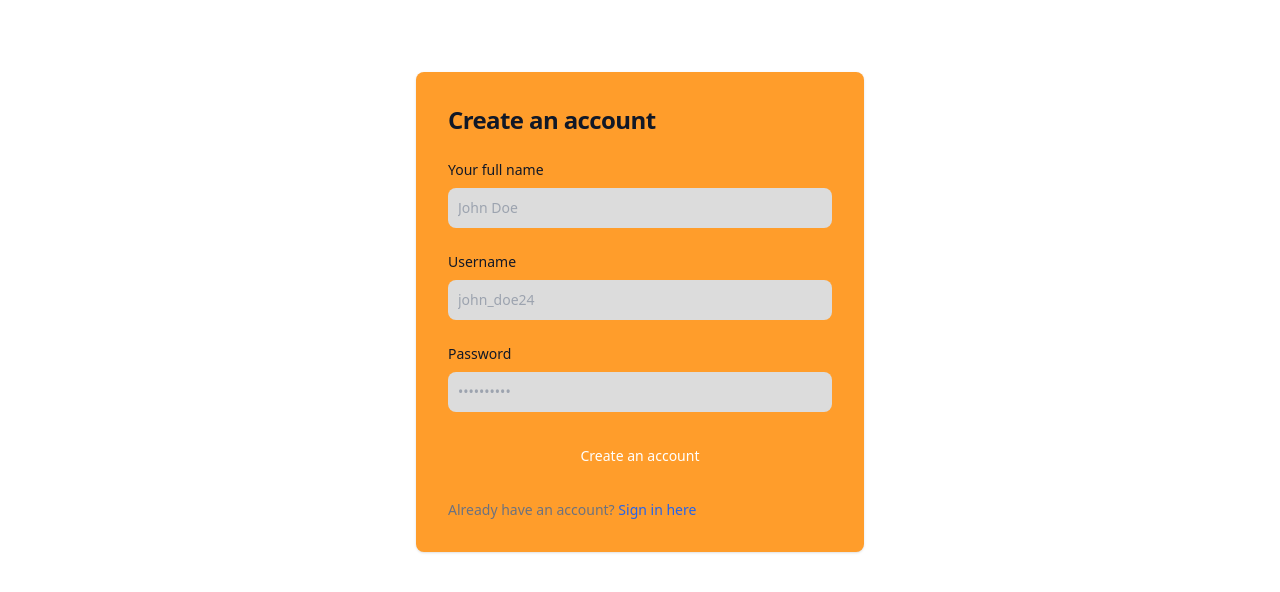
Repository: AdwaitSri/Kingston-Marketplace
Page: /signup (app in qhacks-24/)
These files come from the project's save history. The page is drawn as it stood at one moment and after the next save; the edit follows.
The browser window is 1280 px wide. The pictures show the whole page.
The project was rebuilt for these pictures with package versions that can differ from the ones it lists, and the page was loaded fresh each time. Also part of the build but not shown: qhacks-24/src/components/HomeNavbar.js, qhacks-24/src/pages/Home.js.

Above is the page before, as saved 2024-02-02 20:51:05.

### qhacks-24/public/index.html
<!DOCTYPE html>
<html lang="en">
  <head>
    <meta charset="utf-8" />
    <link rel="preconnect" href="https://fonts.googleapis.com">
    <link rel="preconnect" href="https://fonts.gstatic.com" crossorigin>
    <link href="https://fonts.googleapis.com/css2?family=Josefin+Sans:ital,wght@0,100;0,200;0,300;0,400;0,500;0,600;0,700;1,100;1,200;1,300;1,400;1,500;1,600;1,700&display=swap" rel="stylesheet">
    <link rel="icon" href="%PUBLIC_URL%/favicon.ico" />
    <meta name="viewport" content="width=device-width, initial-scale=1" />
    <meta name="theme-color" content="#000000" />
    <meta
      name="description"
      content="Web site created using create-react-app"
    />
    <link rel="apple-touch-icon" href="%PUBLIC_URL%/logo192.png" />
    <!--
      manifest.json provides metadata used when your web app is installed on a
      user's mobile device or desktop. See https://developers.google.com/web/fundamentals/web-app-manifest/
    -->
    <link rel="manifest" href="%PUBLIC_URL%/manifest.json" />
    <!--
      Notice the use of %PUBLIC_URL% in the tags above.
      It will be replaced with the URL of the `public` folder during the build.
      Only files inside the `public` folder can be referenced from the HTML.

      Unlike "/favicon.ico" or "favicon.ico", "%PUBLIC_URL%/favicon.ico" will
      work correctly both with client-side routing and a non-root public URL.
      Learn how to configure a non-root public URL by running `npm run build`.
    -->
    <title>React App</title>
  </head>
  <body>
    <noscript>You need to enable JavaScript to run this app.</noscript>
    <div id="root"></div>
    <!--
      This HTML file is a template.
      If you open it directly in the browser, you will see an empty page.

      You can add webfonts, meta tags, or analytics to this file.
      The build step will place the bundled scripts into the <body> tag.

      To begin the development, run `npm start` or `yarn start`.
      To create a production bundle, use `npm run build` or `yarn build`.
    -->
  </body>
</html>

### qhacks-24/src/pages/Signup.js
import React from "react";

export default function Signup() {
    const [formData, setFormData] = React.useState(
        {
            name: '',
            username: '',
            password: '',
        }
    )

    function handleChange(event) {
        setFormData(prevFormData => {
            return {
                ...prevFormData,
                [event.target.name]: event.target.value
            }
        })
    }



    return (
    <div
    class="w-full bg-orange-1 rounded-lg shadow dark:border md:mt-[10dvh] sm:max-w-md xl:p-0 dark:bg-gray-800 dark:border-gray-700 mx-auto mt-[10dvh]">
        <div class="p-6 space-y-4 md:space-y-6 sm:p-8">
        <h1 class="text-xl font-bold leading-tight tracking-tight text-gray-900 md:text-2xl dark:text-white">Create an
            account
        </h1>
        <form class="space-y-4 md:space-y-6" method="POST">
            <div>
            <label for="name" class="block mb-2 text-sm font-medium text-gray-900 dark:text-white">Your full name</label>
            <input type="text" name="name" id="name" onChange={handleChange} value={formData.name} class="outline-none bg-[#dcdcdc] hover:bg-[#f0f0f0] focus:bg-[#ffffff] text-gray-900 sm:text-sm rounded-lg focus:ring-blue-600 focus:border-blue-600 block w-full p-2.5 dark:bg-gray-700 dark:border-gray-600 dark:placeholder-gray-400 dark:text-white dark:focus:ring-blue-500 dark:focus:border-blue-500" placeholder="John Doe" required="">
            </input>
            </div>
            <div>
            <label for="username" class="block mb-2 text-sm font-medium text-gray-900 dark:text-white">Username</label>
            <input type="text" name="username" id="username" onChange={handleChange} value={formData.username} class="outline-none bg-[#dcdcdc] hover:bg-[#f0f0f0] focus:bg-[#ffffff] text-gray-900 sm:text-sm rounded-lg focus:ring-blue-600 focus:border-blue-600 block w-full p-2.5 dark:bg-gray-700 dark:border-gray-600 dark:placeholder-gray-400 dark:text-white dark:focus:ring-blue-500 dark:focus:border-blue-500" placeholder="john_doe24" required="">
            </input>
            </div>

            <div>
            <label for="password" class="block mb-2 text-sm font-medium text-gray-900 dark:text-white">Password</label>
            <input type="password" name="password" id="password" onChange={handleChange} value={formData.password} placeholder="••••••••••" class="outline-none bg-[#dcdcdc] hover:bg-[#f0f0f0] focus:bg-[#ffffff] text-gray-900 sm:text-sm rounded-lg focus:ring-blue-600 focus:border-blue-600 block w-full p-2.5 dark:bg-gray-700 dark:border-gray-600 dark:placeholder-gray-400 dark:text-white dark:focus:ring-blue-500 dark:focus:border-blue-500" required="">
            </input>
            </div>

            <button type="submit" class="w-full text-white bg-blue-600 hover:bg-blue-700 focus:ring-4 focus:outline-none focus:ring-blue-300 font-medium rounded-lg text-sm px-5 py-2.5 text-center dark:bg-blue-600 dark:hover:bg-blue-700 dark:focus:ring-blue-800">Create an account</button>
            <p class="text-sm font-light text-gray-500 dark:text-gray-400">Already have an account? <a
                class="font-medium text-blue-600 hover:underline dark:text-blue-500" href="/signin">Sign in here</a>
            </p>
        </form>
        </div>
  </div>
  )
}

Loaded but not shown: qhacks-24/src/index.css (common file); qhacks-24/src/App.css (common file); qhacks-24/src/index.js (19 lines, source omitted); qhacks-24/src/App.js (18 lines, source omitted); qhacks-24/tailwind.config.js (14 lines, source omitted); qhacks-24/src/output.css (1762 lines, source omitted)

After the next save:
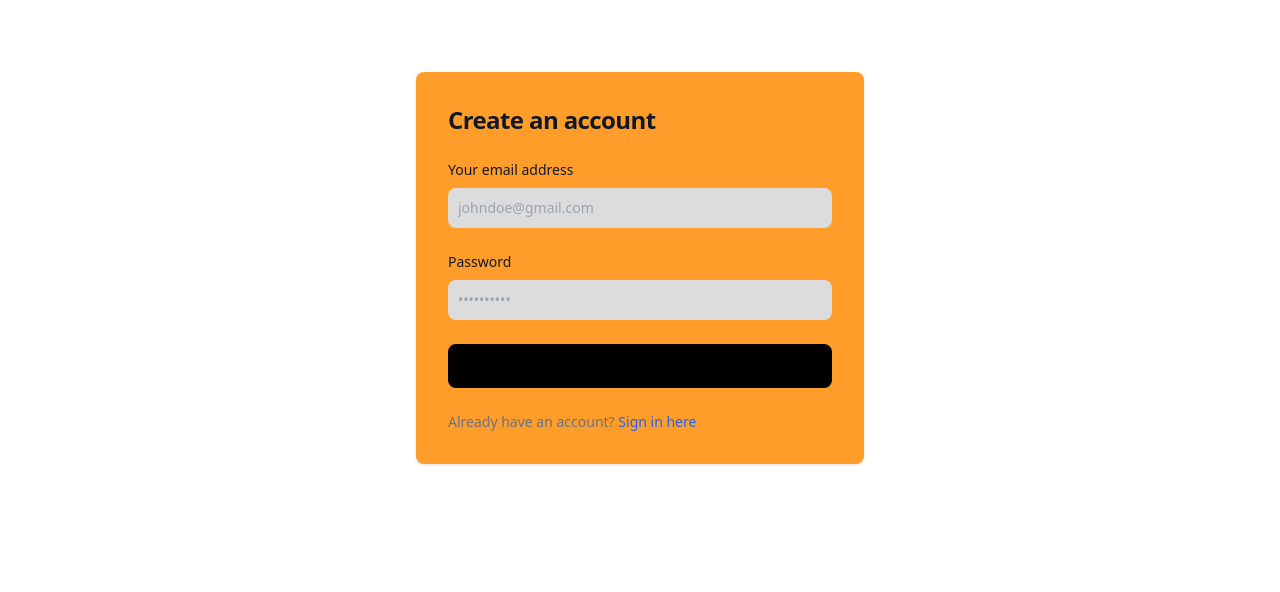
Saved 8 min 0 s later.
--- a/qhacks-24/src/pages/Signup.js
+++ b/qhacks-24/src/pages/Signup.js
@@ -3,8 +3,7 @@ import React from "react";
 export default function Signup() {
     const [formData, setFormData] = React.useState(
         {
-            name: '',
-            username: '',
+            email: '',
             password: '',
         }
     )
@@ -29,13 +28,8 @@ export default function Signup() {
         </h1>
         <form class="space-y-4 md:space-y-6" method="POST">
             <div>
-            <label for="name" class="block mb-2 text-sm font-medium text-gray-900 dark:text-white">Your full name</label>
-            <input type="text" name="name" id="name" onChange={handleChange} value={formData.name} class="outline-none bg-[#dcdcdc] hover:bg-[#f0f0f0] focus:bg-[#ffffff] text-gray-900 sm:text-sm rounded-lg focus:ring-blue-600 focus:border-blue-600 block w-full p-2.5 dark:bg-gray-700 dark:border-gray-600 dark:placeholder-gray-400 dark:text-white dark:focus:ring-blue-500 dark:focus:border-blue-500" placeholder="John Doe" required="">
-            </input>
-            </div>
-            <div>
-            <label for="username" class="block mb-2 text-sm font-medium text-gray-900 dark:text-white">Username</label>
-            <input type="text" name="username" id="username" onChange={handleChange} value={formData.username} class="outline-none bg-[#dcdcdc] hover:bg-[#f0f0f0] focus:bg-[#ffffff] text-gray-900 sm:text-sm rounded-lg focus:ring-blue-600 focus:border-blue-600 block w-full p-2.5 dark:bg-gray-700 dark:border-gray-600 dark:placeholder-gray-400 dark:text-white dark:focus:ring-blue-500 dark:focus:border-blue-500" placeholder="john_doe24" required="">
+            <label for="email" class="block mb-2 text-sm font-medium text-gray-900 dark:text-white">Your email address</label>
+            <input type="email" name="email" id="email" onChange={handleChange} value={formData.email} class="outline-none bg-[#dcdcdc] hover:bg-[#f0f0f0] focus:bg-[#ffffff] text-gray-900 sm:text-sm rounded-lg focus:ring-blue-600 focus:border-blue-600 block w-full p-2.5 dark:bg-gray-700 dark:border-gray-600 dark:placeholder-gray-400 dark:text-white dark:focus:ring-blue-500 dark:focus:border-blue-500" placeholder="johndoe@gmail.com" required="">
             </input>
             </div>
 
@@ -45,7 +39,7 @@ export default function Signup() {
             </input>
             </div>
 
-            <button type="submit" class="w-full text-white bg-blue-600 hover:bg-blue-700 focus:ring-4 focus:outline-none focus:ring-blue-300 font-medium rounded-lg text-sm px-5 py-2.5 text-center dark:bg-blue-600 dark:hover:bg-blue-700 dark:focus:ring-blue-800">Create an account</button>
+            <button type="submit" class="w-full  bg-[#000000] border-[#000000] border-2 border-solid font-medium rounded-lg text-sm px-5 py-2.5 text-center">Create an account</button>
             <p class="text-sm font-light text-gray-500 dark:text-gray-400">Already have an account? <a
                 class="font-medium text-blue-600 hover:underline dark:text-blue-500" href="/signin">Sign in here</a>
             </p>
